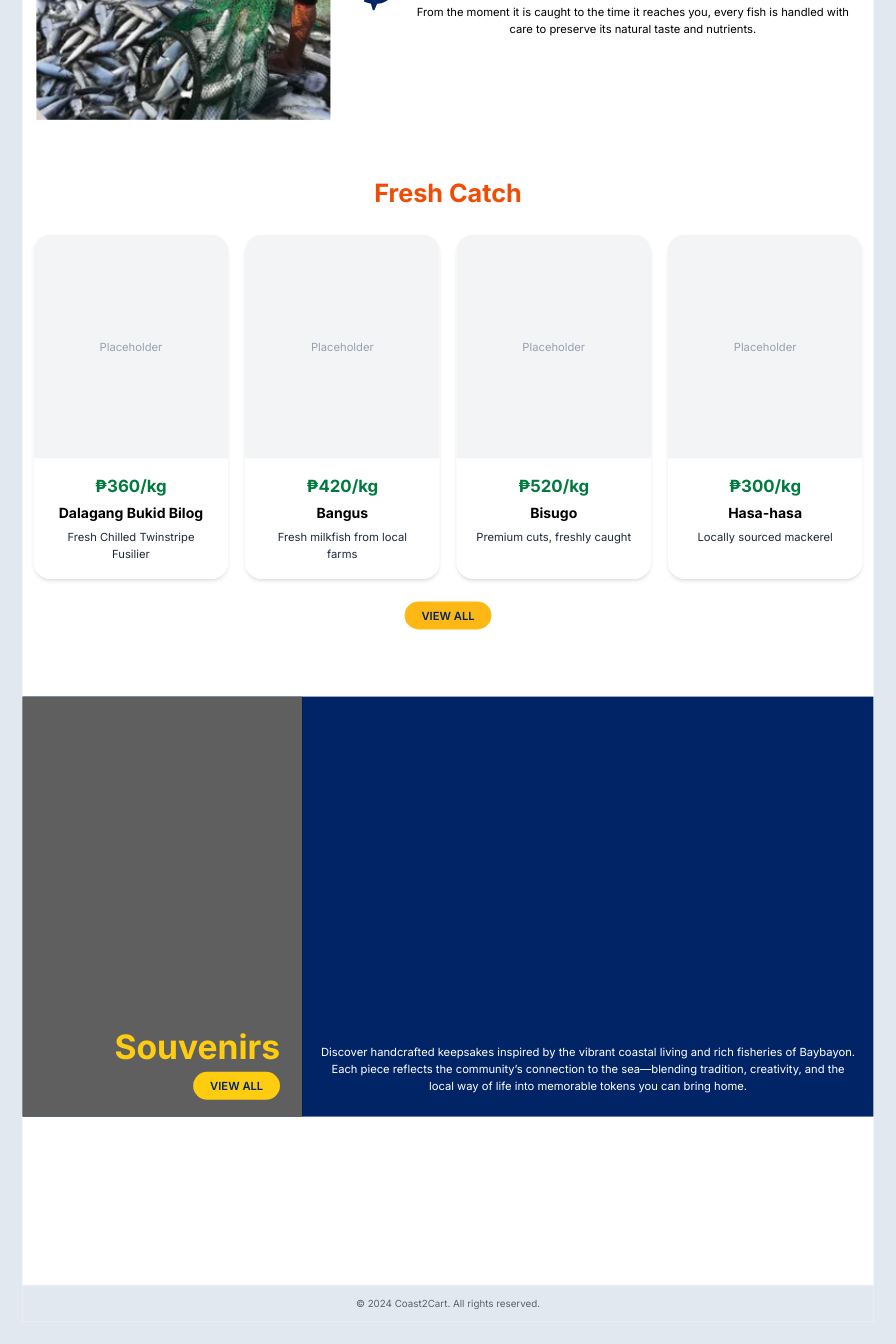
Repository: Coast2Card/coast2cart-frontend
Page: /
An editor plug-in stored every save of this project. The page is shown before and after the next save, followed by the edit.
The browser window is 1280 px wide. The pictures show the part of the page from y = 1873 to 3793 px (the page is 3793 px tall), at 70% of full size.
Pictures or frames that could not be fetched are drawn as grey boxes. The project was rebuilt for these pictures with package versions that can differ from the ones it lists, and the page was loaded fresh each time. Also part of the build but not shown: vite.config.js, src/pages/Seafood.jsx, src/pages/Souvenirs.jsx, src/pages/About.jsx, src/pages/Cart.jsx, src/pages/Profile.jsx, src/pages/Colors.jsx.

Above is the page before, as saved 2025-09-08 14:52:13.

After the next save:
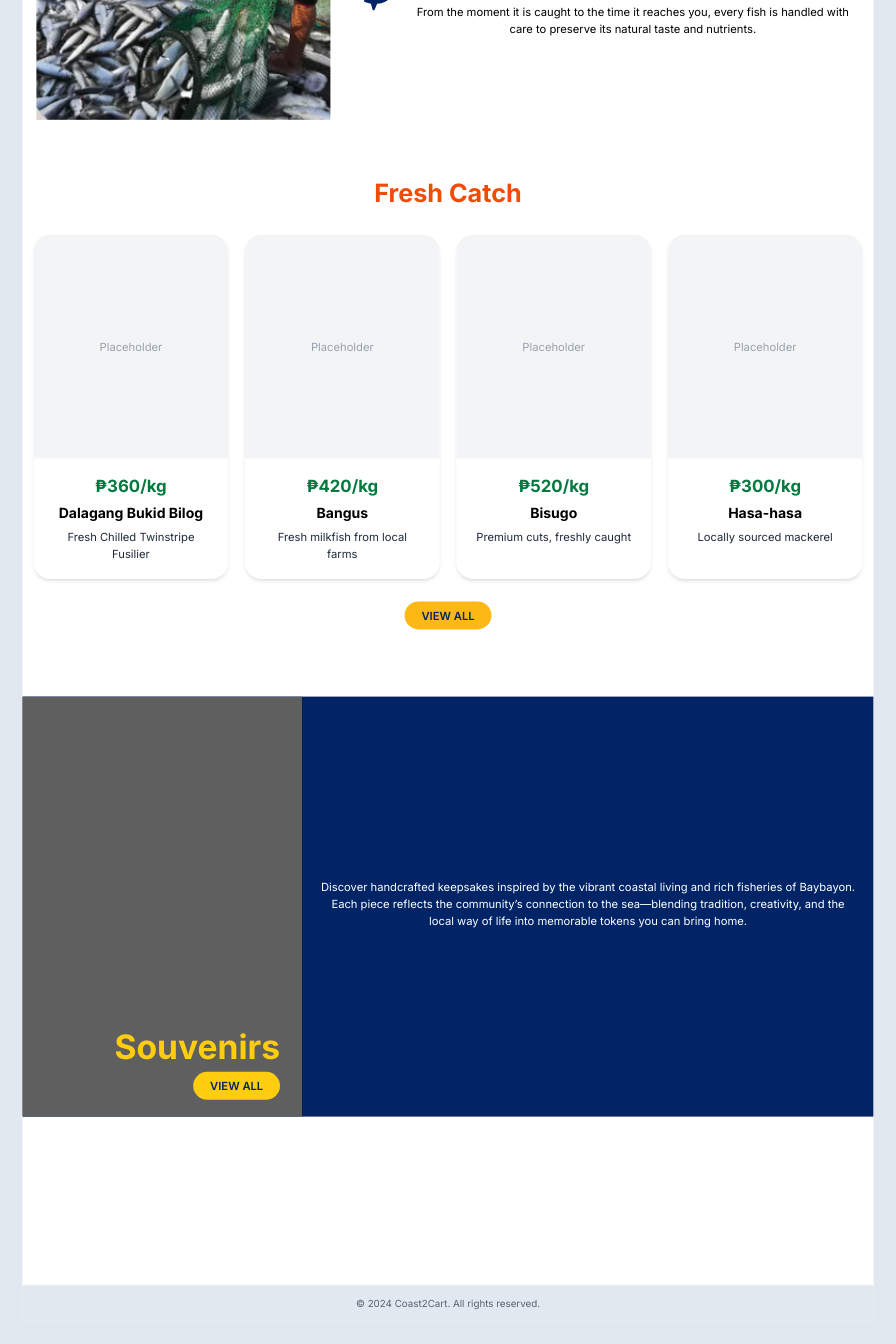
Saved 11 s later.
--- a/src/components/home/HomeSouvenirs.jsx
+++ b/src/components/home/HomeSouvenirs.jsx
@@ -20,7 +20,7 @@ const HomeSouvenirs = () => {
           src={souvenirBanner}
         />
       </div>
-      <article className="flex-1 flex flex-col justify-end p-6 text-white text-md gap-2">
+      <article className="flex-1 flex flex-col justify-center p-6 text-white text-md gap-2">
         <p>
           Discover handcrafted keepsakes inspired by the vibrant coastal living
           and rich fisheries of Baybayon. Each piece reflects the community’s
